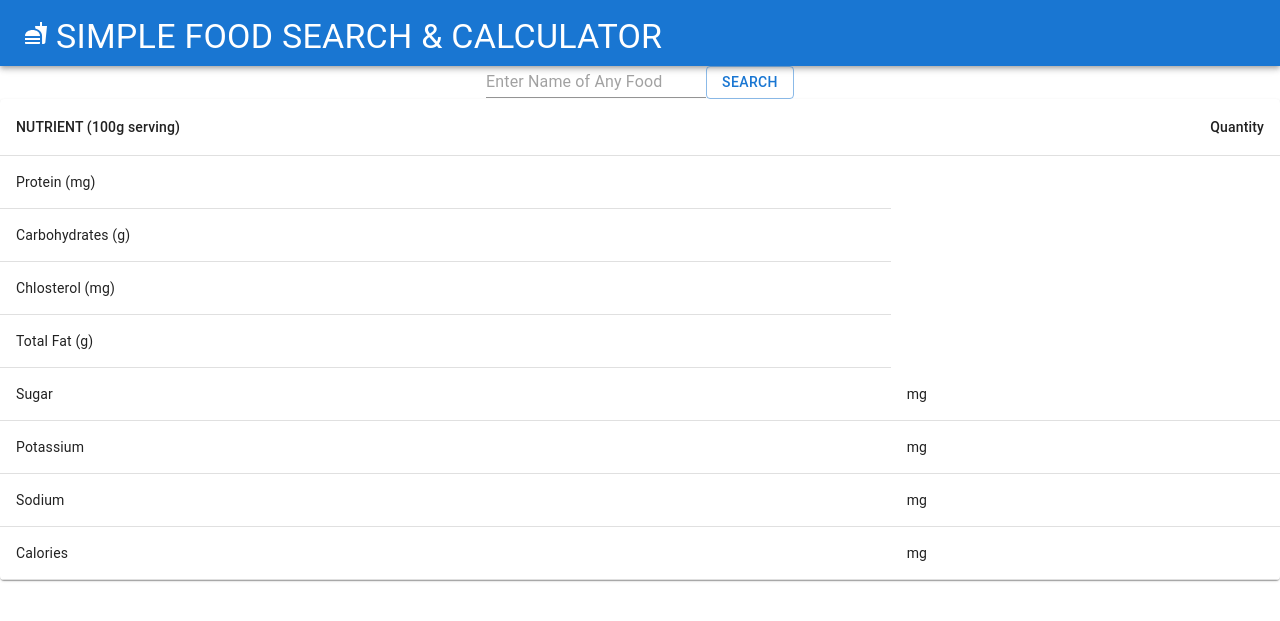
Repository: Mikerr21/Diet-Nutrition-API
Page: /
An editor plug-in stored every save of this project. The page is shown before and after the next save, followed by the edit.
The browser window is 1280 px wide. The pictures show the whole page.
The project was rebuilt for these pictures with package versions that can differ from the ones it lists, and the page was loaded fresh each time.

Above is the page before, as saved 2022-09-21 15:45:08.

After the next save:
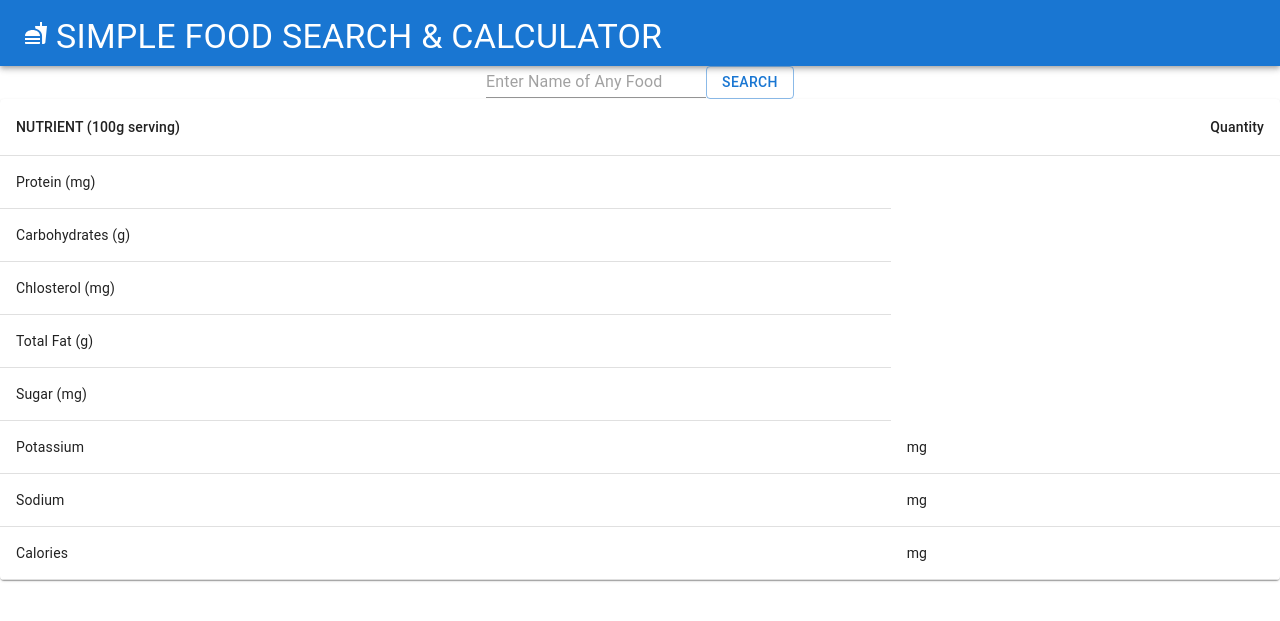
Saved 9 s later.
--- a/src/App.js
+++ b/src/App.js
@@ -125,10 +125,7 @@ function App() {
 								</TableRow>
                 <TableRow>
 									<TableCell>
-										Sugar
-									</TableCell>
-									<TableCell>
-										 mg
+										Sugar (mg)
 									</TableCell>
 								</TableRow>
                 <TableRow>
